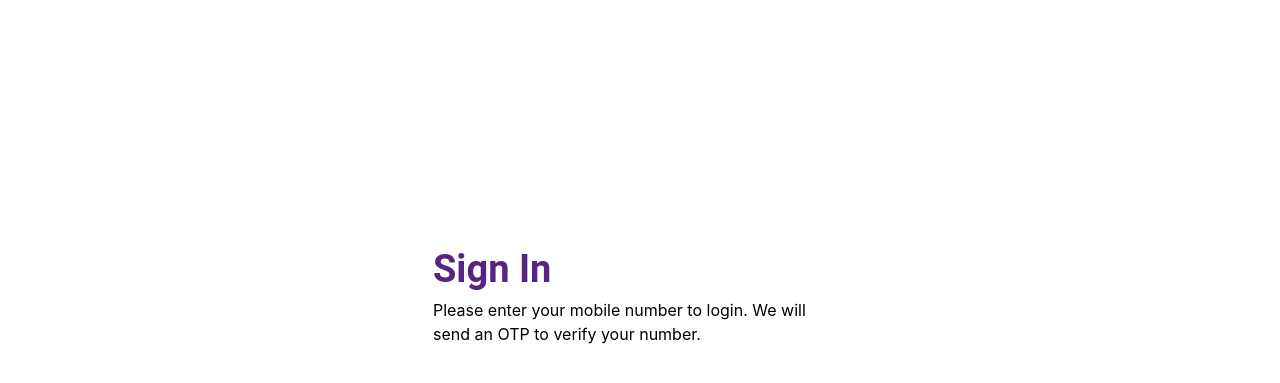
Repository: jayaprakash27/helloar-task
Page: /
An editor plug-in stored every save of this project. The page is shown before and after the next save, followed by the edit.
The browser window is 1280 px wide. The pictures show the whole page.
The project was rebuilt for these pictures with package versions that can differ from the ones it lists, and the page was loaded fresh each time.

Above is the page before, as saved 2023-10-26 22:45:55.

After the next save:
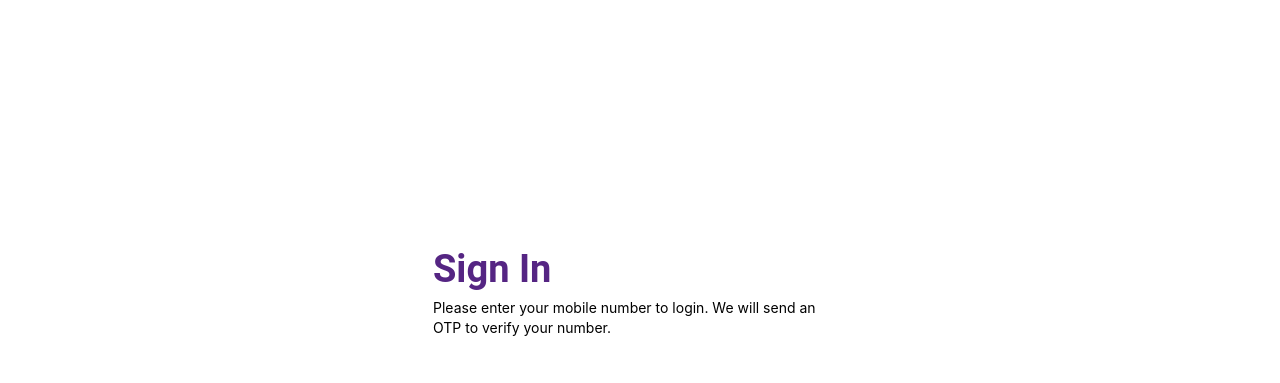
Saved 28 s later.
--- a/src/components/Login.jsx
+++ b/src/components/Login.jsx
@@ -42,7 +42,7 @@ function Login() {
     <div className="login-page">
       <div className=' login-box'>
         <h1 className=" text-primary-color font-semibold"> Sign In</h1>
-        <p>Please enter your mobile number to login. We will send an OTP to verify your number.</p>
+        <p className=' text-sm'>Please enter your mobile number to login. We will send an OTP to verify your number.</p>
       </div>
     </div>
   );
